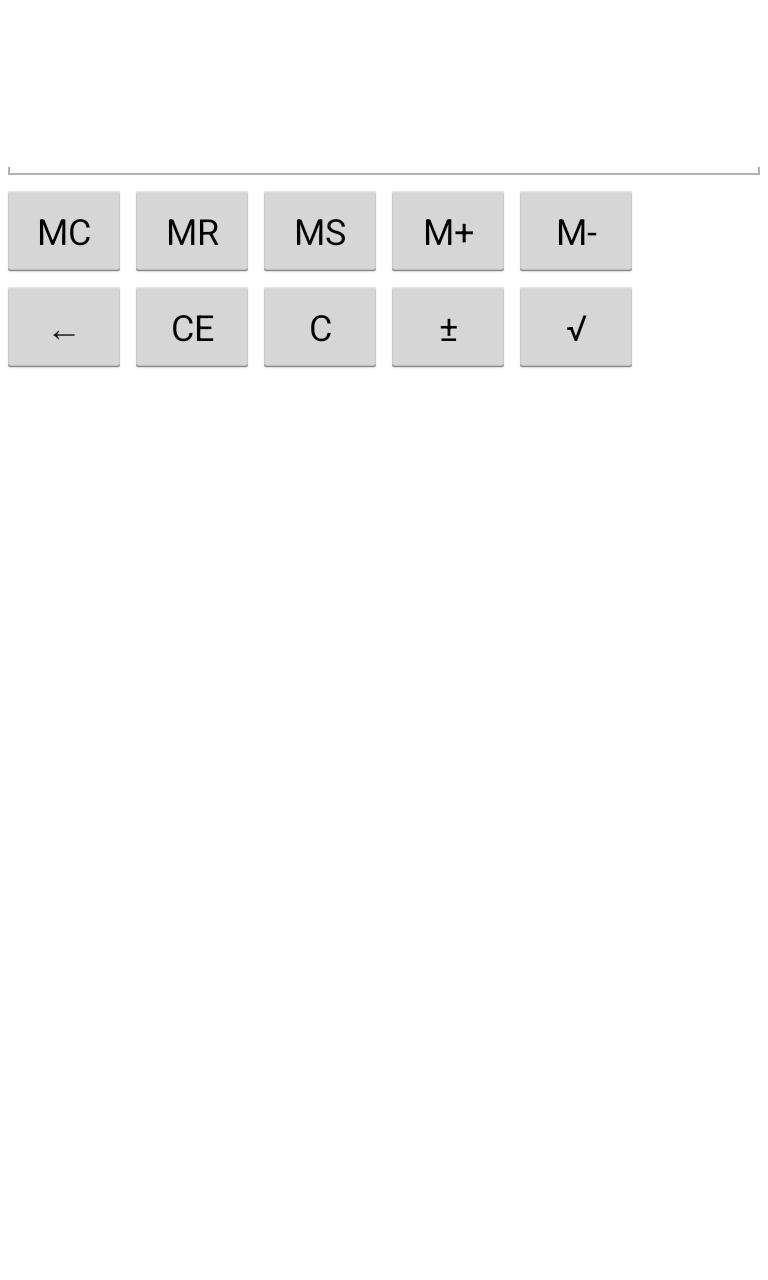
Repository: sonyi/androidClass
Layout: androidClass/day02/Calculate/res/layout/activity_main.xml
An editor plug-in stored every save of this project. The layout is shown before and after the next save, followed by the edit.
It is drawn on a 768 x 1280 px phone screen (xhdpi) without system bars, with theme AppTheme; the app's code is not run.

Above is the layout before, as saved 2014-05-28 05:22:47.

### androidClass/day02/Calculate/res/layout/activity_main.xml
<?xml version="1.0" encoding="utf-8"?>
<RelativeLayout xmlns:android="http://schemas.android.com/apk/res/android"
    android:layout_width="match_parent"
    android:layout_height="match_parent" >

    <EditText
        android:id="@+id/et_show"
        android:layout_width="match_parent"
        android:layout_height="wrap_content"
        android:layout_marginTop="10dp"
        android:lines="3" />

    <Button
        android:id="@+id/id_mc"
        android:layout_width="wrap_content"
        android:layout_height="wrap_content"
        android:layout_alignParentLeft="true"
        android:layout_below="@id/et_show"
        android:text="MC" />

    <Button
        android:id="@+id/id_mr"
        android:layout_width="wrap_content"
        android:layout_height="wrap_content"
        android:layout_alignTop="@id/id_mc"
        android:layout_toRightOf="@id/id_mc"
        android:text="MR" />

    <Button
        android:id="@+id/id_ms"
        android:layout_width="wrap_content"
        android:layout_height="wrap_content"
        android:layout_alignTop="@id/id_mr"
        android:layout_toRightOf="@id/id_mr"
        android:text="MS" />

    <Button
        android:id="@+id/id_m1"
        android:layout_width="wrap_content"
        android:layout_height="wrap_content"
        android:layout_alignTop="@id/id_ms"
        android:layout_toRightOf="@id/id_ms"
        android:text="M+" />

    <Button
        android:id="@+id/id_m2"
        android:layout_width="wrap_content"
        android:layout_height="wrap_content"
        android:layout_alignTop="@id/id_m1"
        android:layout_toRightOf="@id/id_m1"
        android:text="M-" />


      <Button
        android:id="@+id/id_quits"
        android:layout_width="wrap_content"
        android:layout_height="wrap_content"
        android:layout_below="@id/id_mc"
        android:text="←" />

    <Button
        android:id="@+id/id_ce"
        android:layout_width="wrap_content"
        android:layout_height="wrap_content"
        android:layout_alignTop="@id/id_quits"
        android:layout_toRightOf="@id/id_quits"
        android:text="CE" />

    <Button
        android:id="@+id/id_c"
        android:layout_width="wrap_content"
        android:layout_height="wrap_content"
        android:layout_alignTop="@id/id_ce"
        android:layout_toRightOf="@id/id_ce"
        android:text="C" />

    <Button
        android:id="@+id/id_mark"
        android:layout_width="wrap_content"
        android:layout_height="wrap_content"
        android:layout_alignTop="@id/id_c"
        android:layout_toRightOf="@id/id_c"
        android:text="±" />

    <Button
        android:id="@+id/id_sqre"
        android:layout_width="wrap_content"
        android:layout_height="wrap_content"
        android:layout_alignTop="@id/id_mark"
        android:layout_toRightOf="@id/id_mark"
        android:text="√" />


</RelativeLayout>

Loaded but not shown: androidClass/day02/Calculate/res/values/styles.xml (common file); androidClass/day02/Calculate/res/values-v11/styles.xml (common file); androidClass/day02/Calculate/res/values-v14/styles.xml (common file)

After the next save:
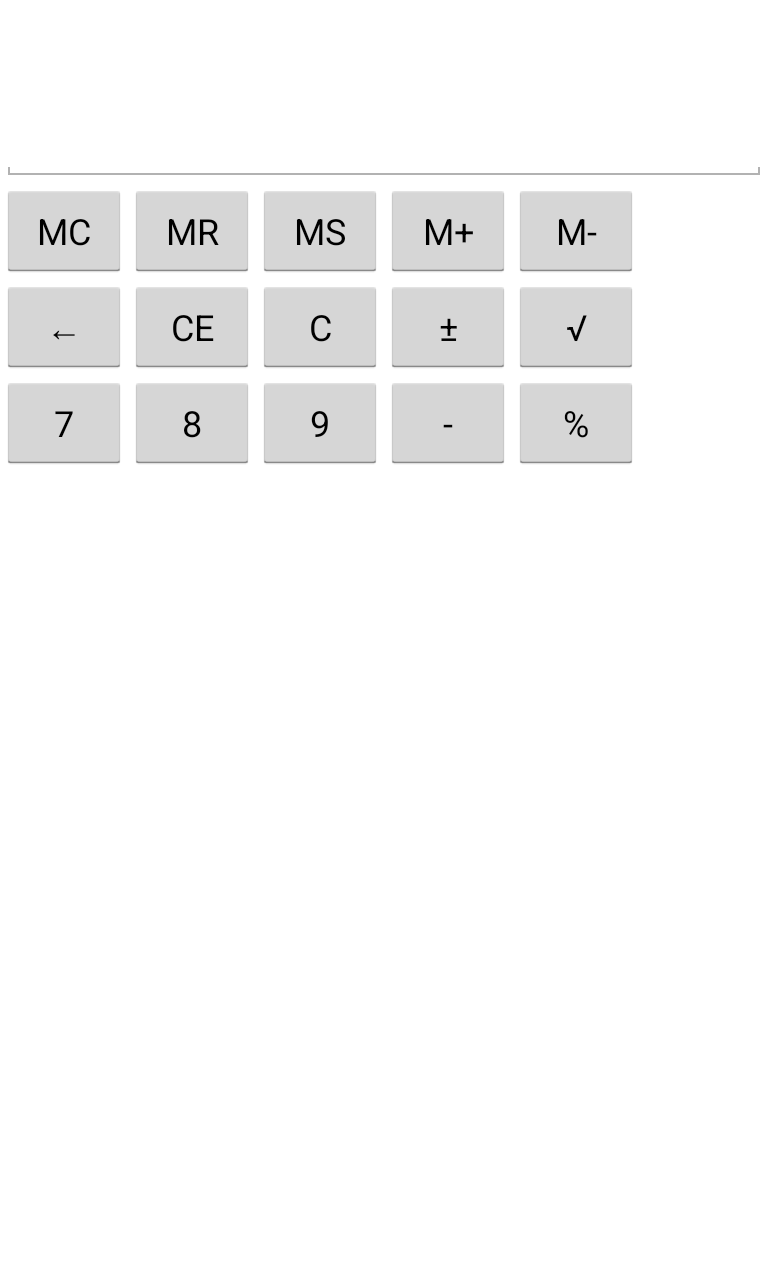
Saved 35 min 7 s later.
--- a/androidClass/day02/Calculate/res/layout/activity_main.xml
+++ b/androidClass/day02/Calculate/res/layout/activity_main.xml
@@ -91,4 +91,44 @@
         android:text="√" />
 
 
+
+      <Button
+        android:id="@+id/id_7"
+        android:layout_width="wrap_content"
+        android:layout_height="wrap_content"
+        android:layout_below="@id/id_quits"
+        android:text="7" />
+
+    <Button
+        android:id="@+id/id_8"
+        android:layout_width="wrap_content"
+        android:layout_height="wrap_content"
+        android:layout_alignTop="@id/id_7"
+        android:layout_toRightOf="@id/id_7"
+        android:text="8" />
+
+    <Button
+        android:id="@+id/id_9"
+        android:layout_width="wrap_content"
+        android:layout_height="wrap_content"
+        android:layout_alignTop="@id/id_8"
+        android:layout_toRightOf="@id/id_8"
+        android:text="9" />
+
+    <Button
+        android:id="@+id/id_sub"
+        android:layout_width="wrap_content"
+        android:layout_height="wrap_content"
+        android:layout_alignTop="@id/id_9"
+        android:layout_toRightOf="@id/id_9"
+        android:text="-" />
+
+    <Button
+        android:id="@+id/id_spare"
+        android:layout_width="wrap_content"
+        android:layout_height="wrap_content"
+        android:layout_alignTop="@id/id_sub"
+        android:layout_toRightOf="@id/id_sub"
+        android:text="%" />
+
 </RelativeLayout>
